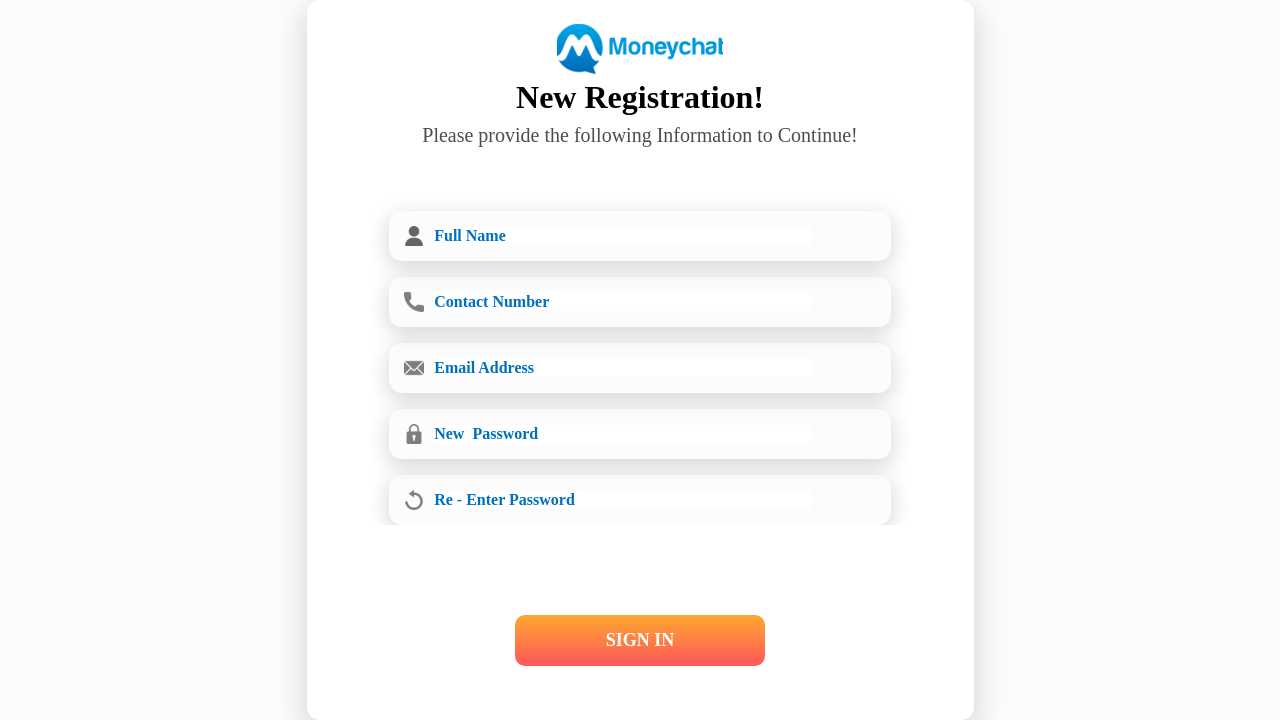
Repository: FlyweisReact/Money-Chat
Page: /register
An editor plug-in stored every save of this project. The page is shown before and after a run of saves, followed by the edit.
The browser window is 1280 px wide. The pictures show the whole page.
The project was rebuilt for these pictures with package versions that can differ from the ones it lists, and the page was loaded fresh each time. Also part of the build but not shown: src/forms/Login.jsx.

Above is the page before, as saved 2023-11-29 14:52:07.

### src/index.js
import React from "react";
import ReactDOM from "react-dom/client";
import "./index.css";
import App from "./App";
import { BrowserRouter } from "react-router-dom";
import 'bootstrap/dist/css/bootstrap.min.css'
// Commit Changes
const root = ReactDOM.createRoot(document.getElementById("root"));
root.render(
  <React.StrictMode>
    <BrowserRouter>
      <App />
    </BrowserRouter>
  </React.StrictMode>
);

### src/index.css
/** @format */

@tailwind base;
@tailwind components;
@tailwind utilities;

body {
  margin: 0;
  font-family: Quicksand !important;
  -webkit-font-smoothing: antialiased;
  -moz-osx-font-smoothing: grayscale;
}

code {
  font-family: Quicksand !important;
}

html {
  font-family: Quicksand !important;
}

::-webkit-scrollbar {
  width: 10px;
}
.fa-trash {
  color: red;
  cursor: pointer;
}

.iCOn {
  transition: 0.5s;
  box-shadow: none;
  transform: scale(1);
}
.cardDiv {
  cursor: pointer;
  width: 350px;
}
.CardDiv_Container {
  display: flex;
  flex-wrap: wrap;
  justify-content: center;
}

.cardDiv:hover .iCOn {
  box-shadow: rgba(0, 0, 0, 0.35) 0px 5px 15px;
  transform: scale(1.3);
}

/* Track */
::-webkit-scrollbar-track {
  background: #f1f1f1;
}

/* Handle */
::-webkit-scrollbar-thumb {
  background: #888;
}

/* Handle on hover */
::-webkit-scrollbar-thumb:hover {
  background: #555;
}
.profileImage {
  width: 100px;
}
.fa-eye {
  color: #029aff;
  cursor: pointer;
}
.fa-edit {
  cursor: pointer;
  color: blue;
}

.View {
  border: 1px solid black;
  width: 100%;
  padding: 10px;
}

.main-card--container {
  display: grid;
  grid-template-columns: repeat(3, minmax(300px, 500px));
  grid-gap: 50px;
  justify-content: space-around;
}
.card-container {
  margin: 25px 0 auto;
  box-shadow: rgba(0, 0, 0, 0.35) 0px 5px 15px;
  position: relative;
  display: grid;
  grid-template-columns: 1fr;
  justify-content: space-around;
  align-items: flex-start;
}

.myEdit:focus {
  box-shadow: rgba(0, 0, 0, 0.35) 0px 5px 15px;
}

.AstroLogin {
  color: #fff;
  background-color: #2b7a8e;
  padding: 10px;
  width: 380px;
  text-align: center;
  font-size: 20px;
  background: linear-gradient(to left, #2b7a8e 50%, #fff 50%) right;
  background-size: 200%;
  transition: 0.5s ease-out;
  border: 1px solid #2b7a8e;
  margin-top: 10px;
  text-transform: uppercase;
}
.AstroLogin:hover {
  background-position: left;
  color: #2b7a8e;
}

.EcommerceAdminLogin {
  color: #fff;
  background-color: #0c0c0c;
  padding: 10px;
  width: 380px;
  text-align: center;
  font-size: 20px;
  background: linear-gradient(to left, #0c0c0c 50%, #fff 50%) right;
  background-size: 200%;
  transition: 0.5s ease-out;
  border: 2px solid #0c0c0c;
  margin-top: 10px;
  text-transform: uppercase;
}

.EcommerceAdminLogin:hover {
  background-position: left;
  color: #0c0c0c;
  font-weight: bold;
}
.EcommerceVendorLogin {
  color: #fff;
  background-color: #576cbc;
  padding: 10px;
  width: 380px;
  text-align: center;
  font-size: 20px;
  background: linear-gradient(to left, #576cbc 50%, #fff 50%) right;
  background-size: 200%;
  transition: 0.5s ease-out;
  border: 1px solid #576cbc;
  margin-top: 10px;
  text-transform: uppercase;
}

.EcommerceVendorLogin:hover {
  background-position: left;
  color: #576cbc;
}

.view {
  background-color: #2196f3;
  color: #fff;
  width: 50%;
  padding: 5px;
}

.two-sec {
  display: flex;
  justify-content: space-evenly;
  justify-content: space-evenly;
}
.two-sec .left {
  width: 60%;
  background-color: #f6f1ef;
  padding: 20px;
}
.two-sec .left .head {
  font-size: 25px;
  font-weight: bold;
}

.two-sec .right {
  width: 30%;
  background-color: #f6f1ef;
}

.searchDiv {
  width: 100%;
  display: flex;
  gap: 10px;
  border: 1px solid rgb(179, 179, 179);
  padding: 10px;
  margin-bottom: 20px;
  align-items: center;
}
.searchDiv input {
  width: 94%;
  outline: none;
  border: none;
}

.flexCont {
  display: flex;
  align-items: center;
  gap: 10px;
}
.flexCont img {
  width: 60px;
  background-color: #e9ecef;
}

.blockContent {
  display: block;
}
.blockContent p {
  margin: 0;
}

.checkBox {
  width: 50px;
  height: 25px;
  background-color: #e9ecef;
  border-radius: 50px;
  position: relative;
  cursor: pointer;
}
.checkBox span {
  width: 20px;
  height: 20px;
  border-radius: 100%;
  background-color: #fff;
  position: absolute;
  left: 5px;
  top: 2px;
}
.ActivecheckBox {
  width: 50px;
  height: 25px;
  background-color: #0d6efd;
  border-radius: 50px;
  position: relative;
  cursor: pointer;
}
.ActivecheckBox span {
  width: 20px;
  height: 20px;
  border-radius: 100%;
  background-color: #fff;
  position: absolute;
  right: 5px;
  top: 2px;
}

.fa-eye {
  color: #0cba73;
  background-color: #d6f8e8;
  width: 35px;
  text-align: center;
  height: 35px;
  display: flex;
  border-radius: 100%;
  justify-content: center;
  padding-top: 10px;
  transition: 0.5s;
}

.fa-pen-to-square {
  color: #f4c39c;
  background-color: #ffebdb;
  width: 35px;
  text-align: center;
  height: 35px;
  display: flex;
  border-radius: 100%;
  justify-content: center;
  padding-top: 10px;
  cursor: pointer;
  transition: 0.5s;
}
.fa-trash {
  color: #df939f;
  background-color: #ffe1e8;
  width: 35px;
  text-align: center;
  height: 35px;
  display: flex;
  border-radius: 100%;
  justify-content: center;
  padding-top: 10px;
  cursor: pointer;
  transition: 0.5s;
}
.fa-trash:hover {
  transform: scale(1.2);
}
.fa-eye:hover {
  transform: scale(1.2);
}
.fa-pen-to-square:hover {
  transform: scale(1.2);
}
.required {
  color: #e74260;
}

.headP {
  /* font-weight: 600; */
  /* font-size: 25px; */
  color: #7b7c7d;
}
.filterBox {
  display: flex;
  align-items: center;
  gap: 10px;
  border-bottom: 1px solid #d4d7dc;
  padding-bottom: 20px;
  margin-bottom: 20px;
}
.filterBox img {
  width: 30px;
}
.filterBox input {
  width: 100%;
  border: 1px solid #d4d7dc;
  outline: none;
  padding: 5px;
  color: black;
  text-transform: capitalize;
}
.sectionCont {
  /* width: 98%; */
  background-color: #fff;
  /* margin-left: 2%; */
  padding: 20px;
}

.overFlowCont {
  width: 100%;
  overflow-x: auto;
}

.logo {
  width: 100px;
  margin-bottom: 20px;
}

.updateProfile {
  margin-left: 20px;
  border: 1px solid #fff;
  border-radius: 100%;
  font-size: 1.2rem;
  padding: 10px;
  transition: 0.5s;
  cursor: pointer;
}
.updateProfile:hover {
  border: 1px solid #19376d;
  color: #19376d;
  background-color: #fff;
}

.Normalbtn {
  background-color: #19376d !important;
  border: 1px solid #19376d !important;
  border-radius: 0px !important;
}

.ImageCarousel {
  width: 150px !important;
  margin: 0px !important;
  height: 150px !important;
}
.CarouselImages {
  width: 60px;
  height: auto;
}
.CarouselImages img {
  width: 100% !important;
  height: 100% !important;
}

.ModalCarousel {
  width: 100% !important;
  height: 500px !important;
}
.ModalCarousel {
  width: 100% !important;
  height: 500px !important;
}
.ModalCarousel img {
  width: 100% !important;
  height: 500px !important;
}

.gridCont {
  display: grid;
  grid-template-columns: auto auto auto;
  justify-content: space-evenly;
}
.gridCont div {
  width: 400px;
  height: 300px;
  box-shadow: rgba(0, 0, 0, 0.35) 0px 5px 15px;
  padding: 10px;
  position: relative;
  margin-top: 20px;
}
.gridCont div img {
  width: 100%;
}
.delete-Btn {
  width: 90%;
  margin-left: 2%;
  color: #c44b3f;
  border: 1px solid #c44b3f;
  position: absolute;
  bottom: 10px;
  transition: 0.5s;
  padding: 10px;
}

.delete-Btn:hover {
  background-color: #c44b3f;
  color: #fff;
}

.BannerCarousel {
  width: 300px;
  margin: 0px !important;
}
.BannerCarouselImage {
  width: 300px;
}
.BannerCarouselImage img {
  width: 100%;
}

.pagination {
  display: flex;
  justify-content: center;
  align-items: center;
  gap: 10px;
  margin-bottom: 20px;
}
.pagination button {
  border: 1px solid black;
  padding: 10px;
}

.activePage {
  background-color: #19376d;
  color: #fff;
  border: 1px solid #19376d !important;
}

.active {
  background-color: #fff;
  color: #19376d !important;
}
.prevBtn {
  background-color: #fff;
  color: #19376d;
  border: 1px solid #19376d !important;
  transition: 0.5s;
}

.prevBtn:hover,
.prevBtn:focus,
.prevBtn:active {
  background-color: #19376d;
  color: #fff;
  border: 1px solid #19376d !important;
}
.nextBtn {
  background-color: #fff;
  color: #19376d;
  border: 1px solid #19376d !important;
  transition: 0.5s;
}

.nextBtn:hover,
.nextBtn:focus,
.nextBtn:active {
  background-color: #19376d;
  color: #fff;
  border: 1px solid #19376d !important;
}

.dangerBox {
  position: relative;
}
.dangerBox i {
  position: absolute;
  top: 50%;
  left: 90%;
  transform: translate(-50%, -50%);
  cursor: pointer;
}

.centerImage {
  max-width: 300px;
}
.img-cont {
  display: flex;
  gap: 40px;
  /* justify-content: center; */
  align-items: center;
}

/* ============== user data styling =========*/

.ud2 {
  display: flex;
  justify-content: space-between;
  margin-top: 20px;
}
.ud3 {
  width: 49%;
}
.ud4 {
  width: 49%;
}

.ud4 button {
  background: #c44b3f;
  width: 50%;
  height: 40px;
  border-radius: 4px;
  border: none;
  color: #fff;
}

/* ============ single order styling ================*/

#pdfGen {
  margin: 20px;
}
#pdfGen .Heading-Container {
  display: flex;
  align-items: center;
}
#pdfGen .Heading-Container img {
  width: 100px;
}
#pdfGen .Heading-Container .content {
  width: 80%;
  text-align: center;
}
#pdfGen .Heading-Container .content h2 {
  margin: 0;
  font-weight: bold;
  font-size: 25px;
}
#pdfGen .Heading-Container .content p {
  margin: 0;
  font-size: 14px;
  font-weight: 600;
  color: #a8a1a1;
}

.two-cont {
  display: flex;
  justify-content: space-between;
  padding-top: 10px;
  gap: 20px;
}
.two-cont p {
  margin: 0;
}
.two-cont .left {
  width: 40%;
}
.two-cont .left h6 {
  font-size: 14px;
  font-weight: bold;
}
.two-cont .left .box {
  border: 2px solid black;
  width: 100%;
  padding: 8px;
}
.two-cont .left .box p {
  font-size: 15px;
}
.two-cont .left .box .strong {
  font-weight: bold;
}
.two-cont .left .box p {
  font-weight: 600;
}
.two-cont .right {
  width: 60%;
  border: 2px solid black;
  padding: 10px;
}
.two-cont .right table {
  width: 100%;
  table-layout: fixed;
}
.two-cont .right td {
  font-weight: 900 !important;
  padding: 5px;
}
.bordererd {
  border-right: 2px solid black;
}
#pdfGen .empty {
  background-color: #000;
  height: 2px;
  margin-top: 20px;
}

#pdfGen {
  min-height: 100vh;
  display: flex;
  justify-content: space-between;
  flex-direction: column;
}

#pdfGen .Table {
  width: 100%;
  margin-top: 20px;
}
#pdfGen .Table tbody tr {
  border: 1px solid black;
}
#pdfGen .Table tbody tr td {
  padding: 5px;
  padding-bottom: 10px;
}

#pdfGen .Main_Table {
  display: flex;
  justify-content: flex-end;
  align-items: center;
  padding-top: 10px;
  gap: 50px;
  align-items: center;
}
#pdfGen .Main_Table p {
  font-weight: 900;
}

#pdfGen .below_Div .four-sec {
  display: flex;
  justify-content: space-evenly;
  border-top: 2px solid black;
  border-bottom: 2px solid black;
  padding: 4px;
}
#pdfGen .below_Div .four-sec p {
  margin: 0;
  font-size: 13px;
  text-align: center;
}
#pdfGen .below_Div .four-sec .stronger {
  font-weight: bold;
}

#pdfGen .below_Div .big_Head {
  font-size: 25px;
  background-color: #85827b;
  text-align: center;
  font-weight: bold;
  color: #fff;
  padding: 0;
  margin: 0;
  padding-bottom: 10px;
}
#pdfGen .below_Div .text-cont p {
  margin: 0;
  font-weight: 700;
  font-size: 14px;
  color: #85827b;
}
#pdfGen .below_Div .text-cont {
  text-align: center;
}
#pdfGen .below_Div .text-cont h5 {
  margin: 0;
  font-weight: 900;
}

.so2 {
  width: 100%;
}

.so4 {
  display: flex;
  justify-content: space-between;
}
.so4 p {
  margin: 0;
}

.searchByDate {
  display: flex;
  align-items: center;
  gap: 10px;
  border-bottom: 1px solid #d4d7dc;
  padding-bottom: 20px;
  margin-bottom: 20px;
  flex-wrap: wrap;
  justify-content: space-between;
}
.searchByDate div {
  width: 45%;
  display: flex;
  gap: 20px;
  align-items: center;
}
.searchByDate input {
  border: 1px solid #d4d7dc;
  width: 80%;
  padding: 10px;
  outline: none;
}

.so5 {
  margin-top: 20px;
  width: 98;
  margin-left: 1%;
}

.so5 table {
  width: 100%;
}
.so5 table th,
td {
  font-size: 13px;
  font-weight: 600;
}
.so6 {
  margin-top: 40px;
  margin-left: 65%;
  width: 30%;
}

.so7 {
  display: flex;
  justify-content: space-between;
  width: 80%;
}
.so7 p {
  margin: 0;
}

.downloadBtn {
  background: #0cba73;
  height: 40px;
  color: #fff;
  border-radius: 4px;
  padding: 10px;
}

.Info_Box p {
  margin: 0;
}
.Info_Box .title {
  margin-bottom: 5px;
  font-size: 20px;
  font-weight: 700;
}
.Info_Box .desc {
  border: 1px solid #ced4da;
  padding: 10px;
  border-radius: 5px;
}

.Desc-Container p.title {
  margin-bottom: 0.5rem;
}
.Desc-Container p.desc {
  display: block;
  width: 100%;
  padding: 0.375rem 0.75rem;
  font-size: 1rem;
  font-weight: 400;
  line-height: 1.5;
  color: #212529;
  border: 1px solid #ced4da;
  border-radius: 0.375rem;
  background-color: #e9ecef;
  overflow-wrap: anywhere;
}

.Schedule_Enquiry_Modal {
  background-color: rgb(10, 72, 173);
  color: #fff;
}
.Schedule_Enquiry_Modal .close_btn {
  display: flex;
  justify-content: space-between;
  align-items: center;
}
.Schedule_Enquiry_Modal .close_btn h4 {
  margin: 0;
}
.Schedule_Enquiry_Modal .close_btn i {
  font-size: 20px;
  cursor: pointer;
}

.searchByDate select {
  border: 1px solid #d4d7dc;
  padding: 10px;
  outline: none;
}

/*Chat  */
.chat {
  display: flex;
  gap: 40px;
  align-items: flex-start;
}
.chat .sidebar {
  flex: 0 0 30%;
  max-width: 30%;
  border: 1px solid #ddd;
}
.chat .menu-list .container {
  display: flex;
  gap: 10px;
  align-items: center;
  cursor: pointer;
  border-top: 1px solid #ddd;
  height: 72px;
}
.chat .menu-list .container:hover {
  background-color: #f0f2f5;
}
.chat .menu-list .container.active {
  background-color: #f0f2f5;
}
.chat .menu-list .container:first-child {
  border: none;
}
.chat .menu-list .container img {
  width: 49px;
  height: 49px;
  border-radius: 100%;
  vertical-align: middle;
}
.chat .menu-list .container p {
  font-size: 20px;
  font-weight: 700;
  margin: 0;
  padding-right: 15px;
}

.chat .content {
  flex: 70%;
  max-width: 70%;
}
.chat .chat-box {
  border: 1px solid #ddd;
  padding: 20px;
}
.chat .chat-box .ttt {
  max-height: 500px;
  overflow-y: scroll;
  padding: 20px;
}
.chat .chat-box .img-container {
  display: flex;
  gap: 10px;
  align-items: center;
  cursor: pointer;
  margin-top: 10px;
}
.chat .chat-box .img-container img {
  width: 30px;
  height: 30px;
  border-radius: 100%;
  vertical-align: middle;
}
.chat .chat-box .img-container span {
  font-size: 12px;
  font-weight: 700;
  margin: 0;
}
.chat .chat-box .img-container span .date {
  margin-left: 10px;
}

.chat .chat-box .text {
  font-size: 16px;
  margin: 0;
  padding-top: 10px;
  width: 100%;
}

.chat .chat-box .right {
  display: flex;
  flex-direction: column;
  gap: 5px;
  text-align: right;
}
.chat .chat-box .right .img-container {
  flex-direction: row-reverse;
}

.chat .chat-box .send_button {
  display: flex;
  gap: 20px;
  align-items: center;
  margin-top: 20px;
}

.chat .chat-box .send_button button {
  width: 150px;
  background-color: #1a949f;
  padding: 10px;
  color: #fff;
}
.chat .chat-box .send_button input {
  width: 100%;
  outline: none;
  border: 1px solid #000;
  padding: 10px;
  border-radius: 5px;
}

/* New Code */
.Login_screen {
  background: linear-gradient(
      0deg,
      rgba(238, 238, 238, 0.2) 0%,
      rgba(238, 238, 238, 0.2) 100%
    ),
    #fff;
  display: flex;
  flex-direction: column;
  justify-content: center;
  align-items: center;
  width: 100%;
  height: 100vh;
}
.Login_screen .Login_Container {
  max-width: 667px;
  max-height: 785px;
  width: 100%;
  height: 100%;
  border-radius: 13px;
  background: #fff;
  box-shadow: 0px 10px 30px 3px rgba(0, 0, 0, 0.15);
  padding: 20px;
  padding-bottom: 50px;
  display: flex;
  flex-direction: column;
  justify-content: center;
}
.Login_screen .Login_Container .logo {
  display: block;
  margin: auto;
  width: 166px;
}
.Login_screen .Login_Container .description h6 {
  color: #000;
  text-align: center;
  font-size: 32px;
  font-style: normal;
  font-weight: 700;
  line-height: normal;
}

.Login_screen .Login_Container .description p {
  color: rgba(0, 0, 0, 0.7);
  text-align: center;
  font-size: 20px;
  font-style: normal;
  font-weight: 400;
  line-height: normal;
}

.Login_Container .input_container{
  margin-bottom: 50px;
  max-height: 400px;
  overflow-y: scroll;
}
.Login_Container .input_group {
  display: flex;
  gap: 10px;
  align-items: center;
  border-radius: 13px;
  background: rgba(238, 238, 238, 0.2);
  box-shadow: 0px 6px 20px 2px rgba(0, 0, 0, 0.15);
  padding: 15px;
  width: 80%;
  margin: auto;
}
.Login_Container .input_group img {
  width: 20px;
}
.Login_Container .input_group input {
  outline: none;
  border: none;
  color: #0070bc;
  font-size: 16px;
  font-style: normal;
  font-weight: 500;
  line-height: normal;
  font-weight: 600;
  width: 80%;
}
.Login_Container .input_group input::placeholder {
  color: #0070bc;
  font-weight: 600;
}

.Login_Container .login_btn {
  max-width: 250px;
  width: 100%;
  display: block;
  margin: auto;
  margin-top: 40px;
  color: #fff;
  text-align: center;
  font-size: 18px;
  font-style: normal;
  font-weight: 600;
  line-height: normal;
  border-radius: 10px;
  background: linear-gradient(180deg, #fea82f 0%, #fd575b 100%);
  padding: 15px;
}

.Login_Container .create_new {
  display: flex;
  justify-content: center;
  gap: 20px;
  align-items: center;
  margin-top: 50px;
}

.Login_Container .create_new .item {
  display: flex;
  gap: 10px;
  align-items: center;
  width: 300px;
  justify-content: center;
}
.Login_Container .create_new .item img {
  width: 20px;
}
.Login_Container .create_new .item span {
  color: rgba(0, 0, 0, 0.7);
  text-align: center;
  font-size: 16px;
  font-style: normal;
  font-weight: 600;
  line-height: normal;
}

.Login_Container .create_new .item:first-child {
  border-right: 2px solid #000;
  padding-right: 10px;
}

.Login_Container a{
  text-decoration: none;
}

### src/App.js
/** @format */

import { Routes, Route } from "react-router-dom";
import { ToastContainer } from "react-toastify";
import "react-toastify/dist/ReactToastify.css";
import Login from "./forms/Login";
import Regestration from "./forms/Regestration";

function App() {
  return (
    <>
      <ToastContainer
        autoClose={5000}
        hideProgressBar={false}
        newestOnTop={false}
        closeOnClick
        rtl={false}
        pauseOnFocusLoss
        draggable
        pauseOnHover
      />

      <Routes>
        <Route path="/" element={<Login />} />
        <Route path="/register" element={<Regestration />} />
      </Routes>
    </>
  );
}

export default App;

### src/forms/Regestration.js
/** @format */

import { Link } from "react-router-dom";
import logo from "../Images/logo.png";

const Regestration = () => {
  return (
    <div className="Login_screen">
      <form className="Login_Container ">
        <img src={logo} alt="" className="logo" />

        <div className="description">
          <h6>New Registration! </h6>
          <p>Please provide the following Information to Continue!</p>
        </div>

        <div className="input_container">
          <div className="input_group mt-5">
            <img src="./Image/1.png" alt="" />
            <input type="text" placeholder="Full Name" />
          </div>
          <div className="input_group mt-3">
            <img src="./Image/5.png" alt="" />
            <input type="text" placeholder="Contact Number" />
          </div>
          <div className="input_group mt-3">
            <img src="./Image/6.png" alt="" />
            <input type="text" placeholder="Email Address" />
          </div>
          <div className="input_group mt-3">
            <img src="./Image/7.png" alt="" />
            <input type="text" placeholder="New  Password" />
          </div>
          <div className="input_group mt-3">
            <img src="./Image/8.png" alt="" />
            <input type="text" placeholder="Re - Enter Password" />
          </div>
        </div>

        <button className="login_btn">SIGN IN</button>
      </form>
    </div>
  );
};

export default Regestration;

Loaded but not shown: tailwind.config.js (common file)

After the next 2 saves:
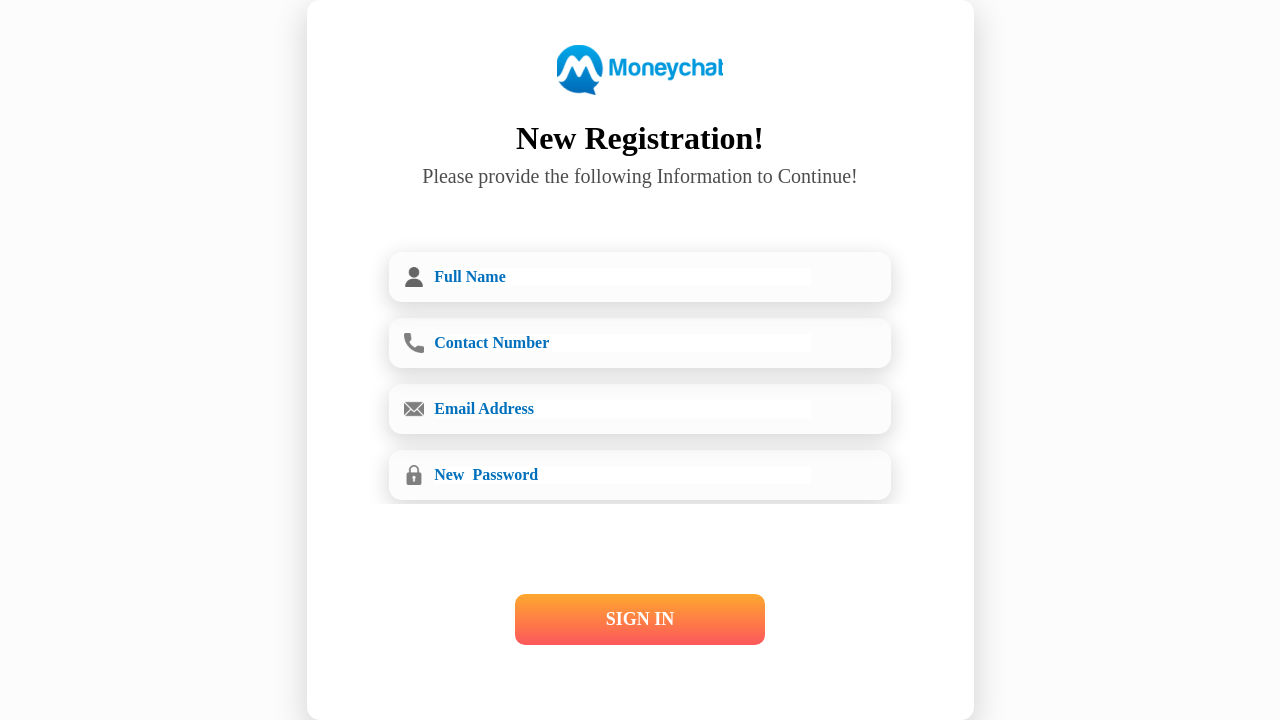
The 2 saves are shown as one change because they came seconds apart.
The last was saved 9 s later.
--- a/src/index.css
+++ b/src/index.css
@@ -976,7 +976,7 @@
 
 .Login_Container .input_container{
   margin-bottom: 50px;
-  max-height: 400px;
+  max-height: 300px;
   overflow-y: scroll;
 }
 .Login_Container .input_group {
